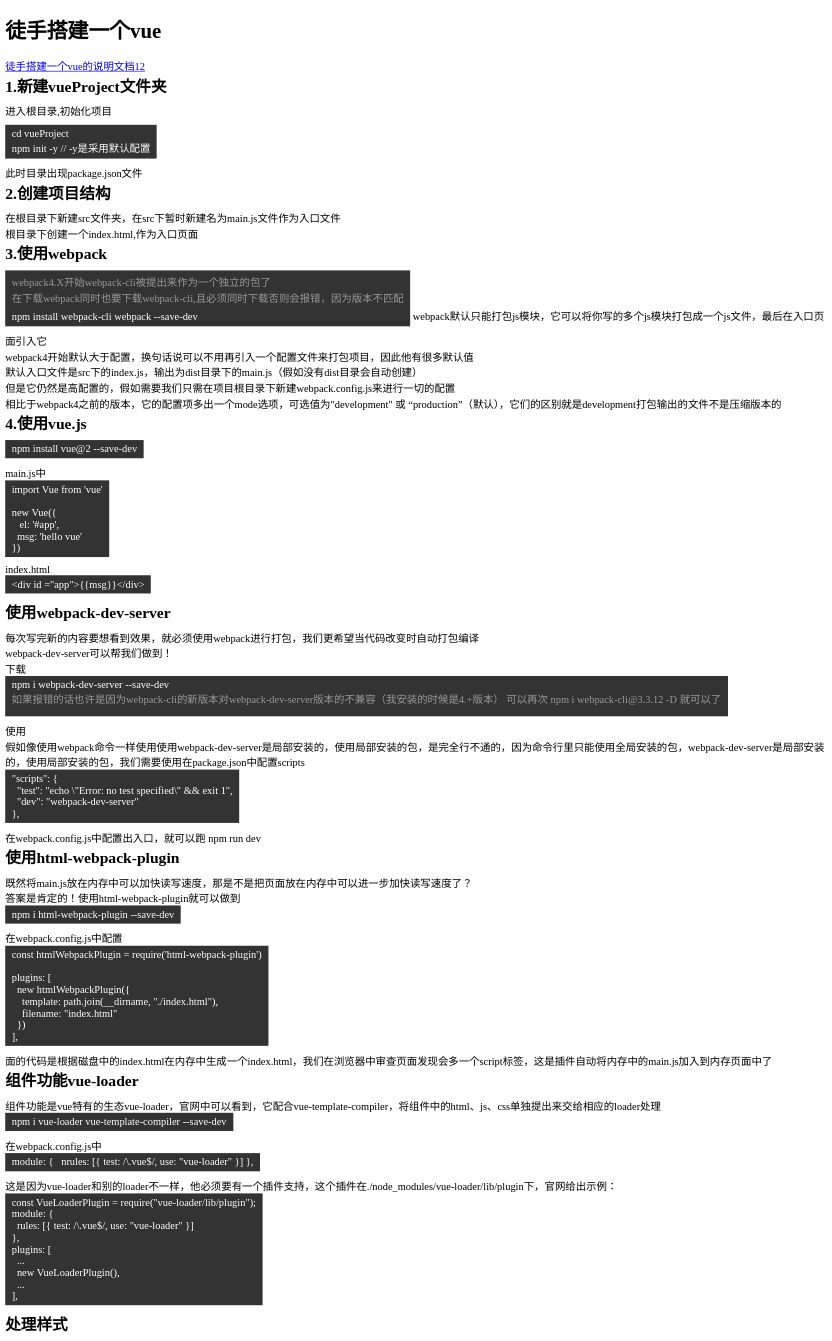
Repository: yuWhy/vue-build-cli
Page: /#/vueBuild
An editor plug-in stored every save of this project. The page is shown before and after the next save, followed by the edit.
The browser window is 1280 px wide. The pictures show the whole page, at 65% of full size.
The project was rebuilt for these pictures with package versions that can differ from the ones it lists, and the page was loaded fresh each time. Also part of the build but not shown: webpack.config.js, src/router/index.js.

Above is the page before, as saved 2021-02-19 17:07:39.

After the next save:
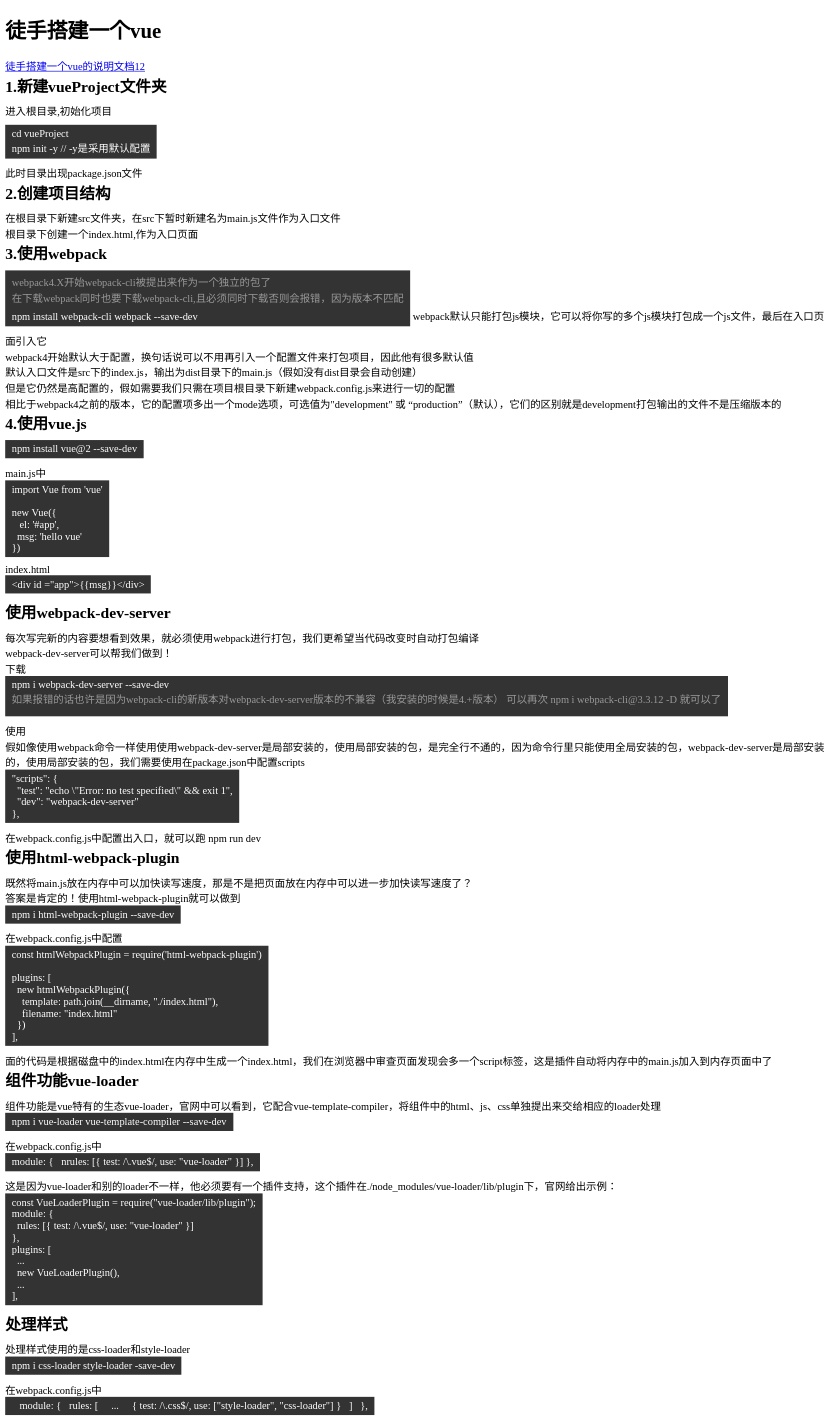
Saved 70 s later.
--- a/src/components/vue-build.vue
+++ b/src/components/vue-build.vue
@@ -89,6 +89,17 @@
     ],<br>
     </div><br>
     <h2>处理样式</h2>
+    处理样式使用的是css-loader和style-loader<br>
+    <div class="dimk">npm i css-loader style-loader -save-dev</div><br>
+    在webpack.config.js中<br>
+    <div class="dimk">
+     &nbsp;&nbsp; module: {
+        &nbsp;&nbsp;rules: [
+            &nbsp;&nbsp;&nbsp;&nbsp;...
+          &nbsp;&nbsp;&nbsp;&nbsp;{ test: /\.css$/, use: ["style-loader", "css-loader"] }
+        &nbsp;&nbsp;]
+      &nbsp;&nbsp;},
+    </div><br>
   </div>
 </template>
 <script>
